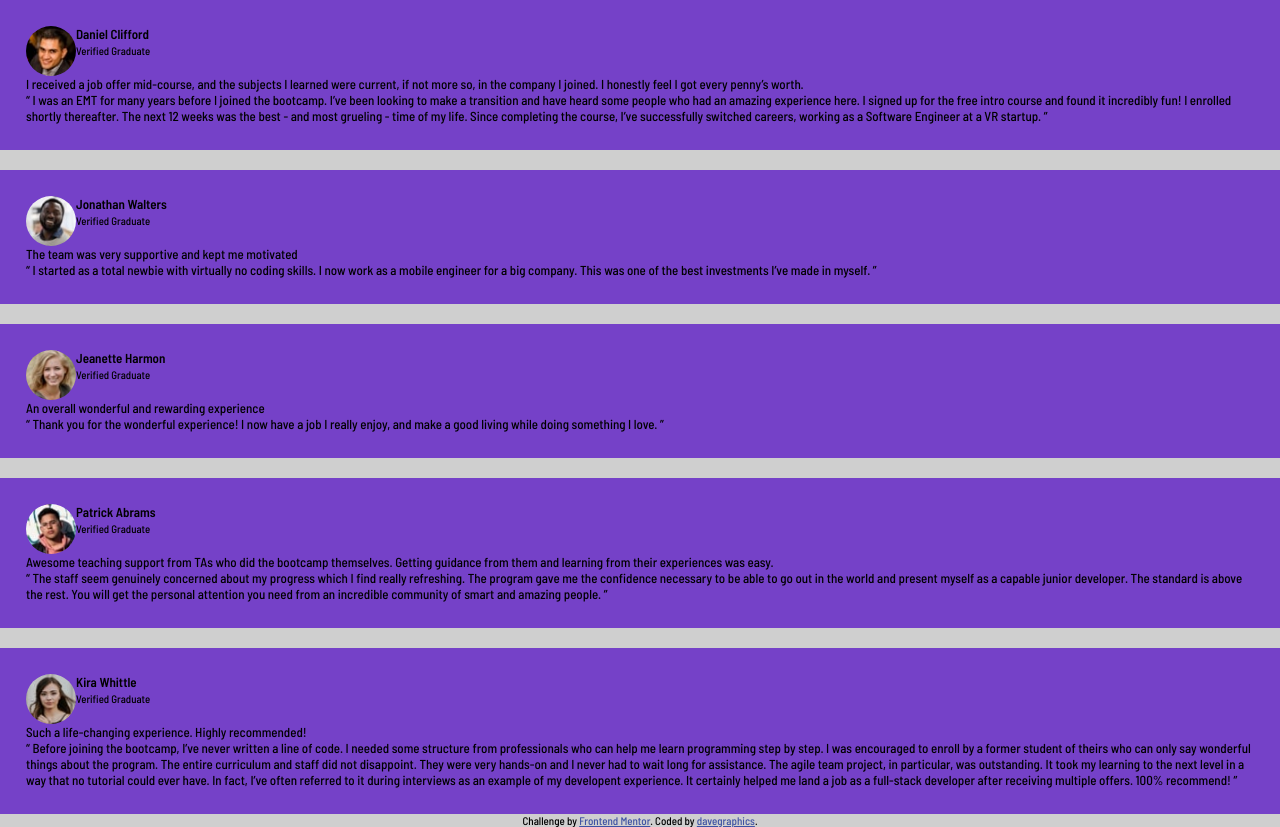
Repository: DejV44/testimonials_grid_section_main
Page: index.html
The author's editor kept a copy of each file at every save. The page is drawn from the files as they stood at one save, then again after the next save.
The browser window is 1280 px wide. The pictures show the whole page.
The style sheet was rebuilt from its Sass, Less or Tailwind sources for each picture, by a compiler version that may differ from the author's.

Above is the page before, as saved 2021-07-14 20:01:12.

After the next save:
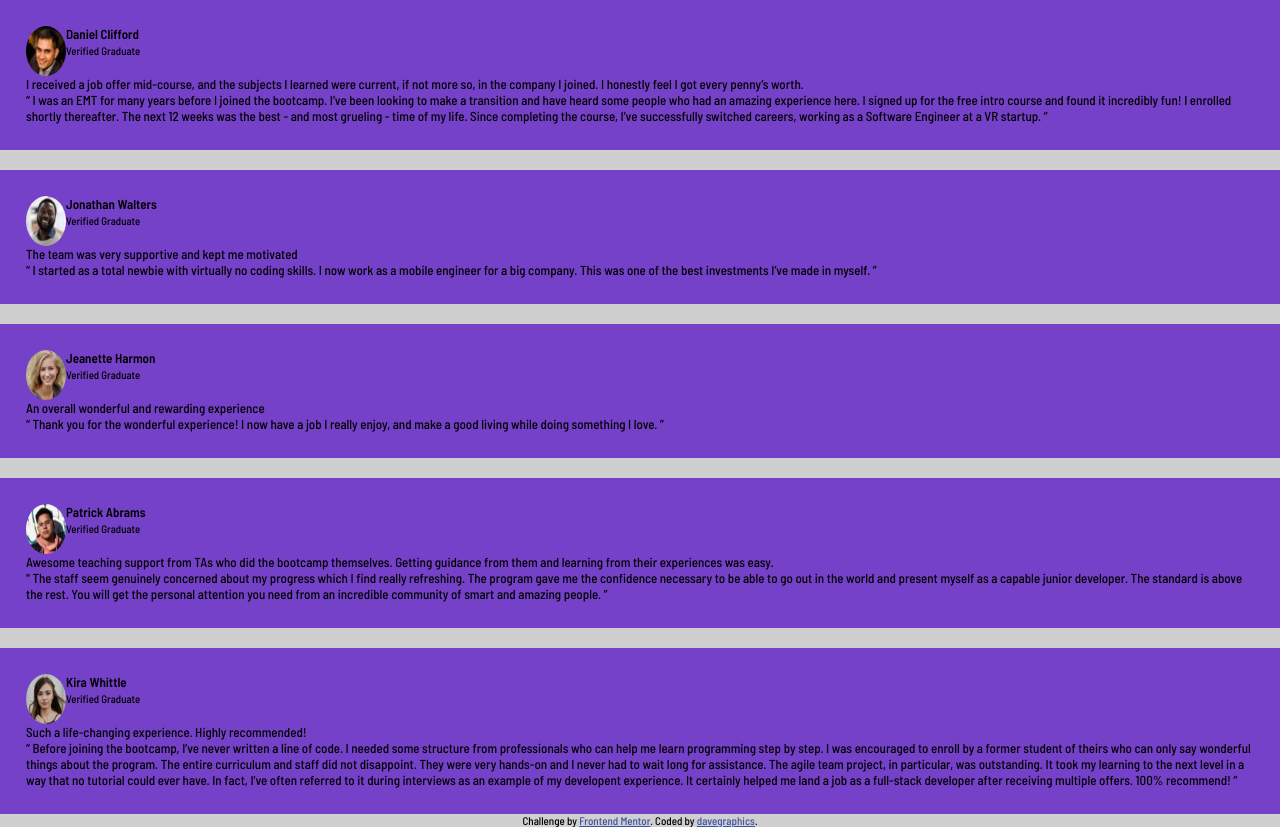
Saved 6 s later.
--- a/css/style.scss
+++ b/css/style.scss
@@ -35,7 +35,7 @@ body {
 
                 img {
                     border-radius: 50%;
-                    width: 50px;
+                    width: 40px;
                     height: 50px;
                 }
             }
